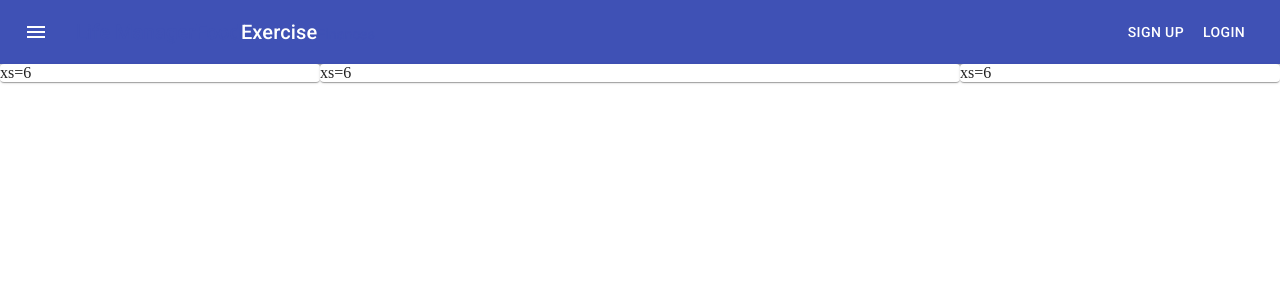
Repository: DaNiels89/lifemanagerreact
Page: /
The author's editor kept a copy of each file at every save. The page is drawn from the files as they stood at one save, then again after a run of saves.
The browser window is 1280 px wide. The pictures show the whole page.
The project was rebuilt for these pictures with package versions that can differ from the ones it lists, and the page was loaded fresh each time.

Above is the page before, as saved 2020-03-13 14:51:47.

### public/index.html
<!DOCTYPE html>
<html lang="en">
  <head>
    <meta charset="utf-8" />
    <link rel="icon" href="%PUBLIC_URL%/favicon.ico" />
    <meta name="viewport" content="width=device-width, initial-scale=1" />
    <meta name="theme-color" content="#000000" />
    <meta
      name="description"
      content="Web site created using create-react-app"
    />
    <link rel="apple-touch-icon" href="%PUBLIC_URL%/logo192.png" />
    <link rel="manifest" href="%PUBLIC_URL%/manifest.json" />
    <title>Life Manager</title>
  </head>
  <body>
    <noscript>You need to enable JavaScript to run this app.</noscript>
    <div id="root"></div>
  </body>
</html>

### src/App.js
import React from 'react';
import Header from './components/layout/Header';

import 'typeface-roboto';
import Grid from '@material-ui/core/Grid';
import Paper from '@material-ui/core/Paper';
import Typography from '@material-ui/core/Typography';
import { makeStyles } from '@material-ui/core/styles';
import './App.css';

const useStyles = makeStyles({
  main: {
    width: '100%'
  }
});

export default function App() {
  const classes = useStyles();

  return (
    <div className={classes.main}>
      <Header />
      <Grid container spacing={12}>
        <Grid item xs={3}>
          <Paper className={classes.paper}>xs=6</Paper>
        </Grid>
        <Grid item xs={6}>
          <Paper className={classes.paper}>xs=6</Paper>
        </Grid>
        <Grid item xs={3}>
          <Paper className={classes.paper}>xs=6</Paper>
        </Grid>
      </Grid>
    </div>
  );
}

### src/components/layout/Header.js
import React from 'react';
import { makeStyles } from '@material-ui/core/styles';
import AppBar from '@material-ui/core/AppBar';
import Toolbar from '@material-ui/core/Toolbar';
import Link from '@material-ui/core/Link';
import Typography from '@material-ui/core/Typography';
import Button from '@material-ui/core/Button';
import IconButton from '@material-ui/core/IconButton';
import MenuIcon from '@material-ui/icons/Menu';

const useStyles = makeStyles(theme => ({
  root: {
    flexGrow: 1
  },
  menuButton: {
    marginRight: theme.spacing(2)
  },
  title: {
    flexGrow: 1
  }
}));

export default function Header() {
  const classes = useStyles();
  const preventDefault = event => event.preventDefault();

  return (
    <div className={classes.root}>
      <AppBar position="static">
        <Toolbar>
          <IconButton
            edge="start"
            className={classes.menuButton}
            color="inherit"
            aria-label="menu"
          >
            <MenuIcon />
          </IconButton>
          <Typography variant="h6" className={classes.title}>
            <Link href="/" onClick={preventDefault}>
              Life Manager
            </Link>
            <Link href="l" onClick={preventDefault}>
              Food
            </Link>
            <Link href="/" onClick={preventDefault} color="inherit">
              Exercise
            </Link>
            <Link href="/" onClick={preventDefault} variant="body2">
              Finances
            </Link>
          </Typography>
          <Button color="inherit">Sign up</Button>
          <Button color="inherit">Login</Button>
        </Toolbar>
      </AppBar>
    </div>
  );
}

Loaded but not shown: src/index.js (common file); src/App.css (common file)

After the next 2 saves:
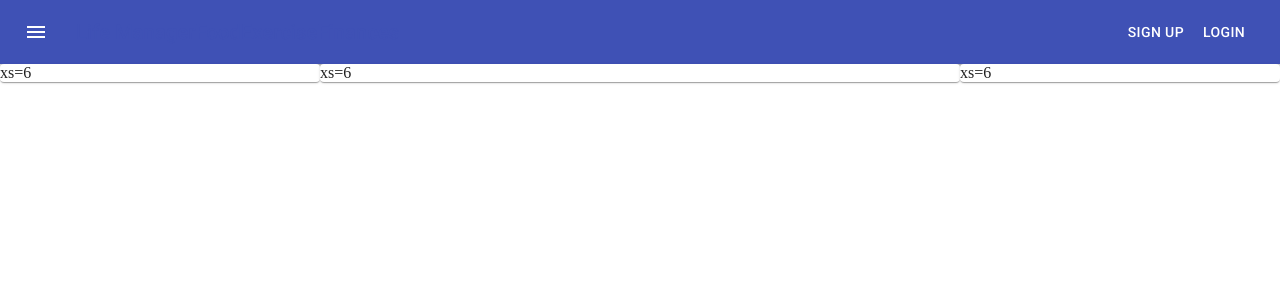
The 2 saves are shown as one change because they came seconds apart.
The last was saved 29 s later.
--- a/src/components/layout/Header.js
+++ b/src/components/layout/Header.js
@@ -40,13 +40,13 @@ export default function Header() {
             <Link href="/" onClick={preventDefault}>
               Life Manager
             </Link>
-            <Link href="l" onClick={preventDefault}>
+            <Link href="/" onClick={preventDefault}>
               Food
             </Link>
-            <Link href="/" onClick={preventDefault} color="inherit">
+            <Link href="/" onClick={preventDefault}>
               Exercise
             </Link>
-            <Link href="/" onClick={preventDefault} variant="body2">
+            <Link href="/" onClick={preventDefault}>
               Finances
             </Link>
           </Typography>
